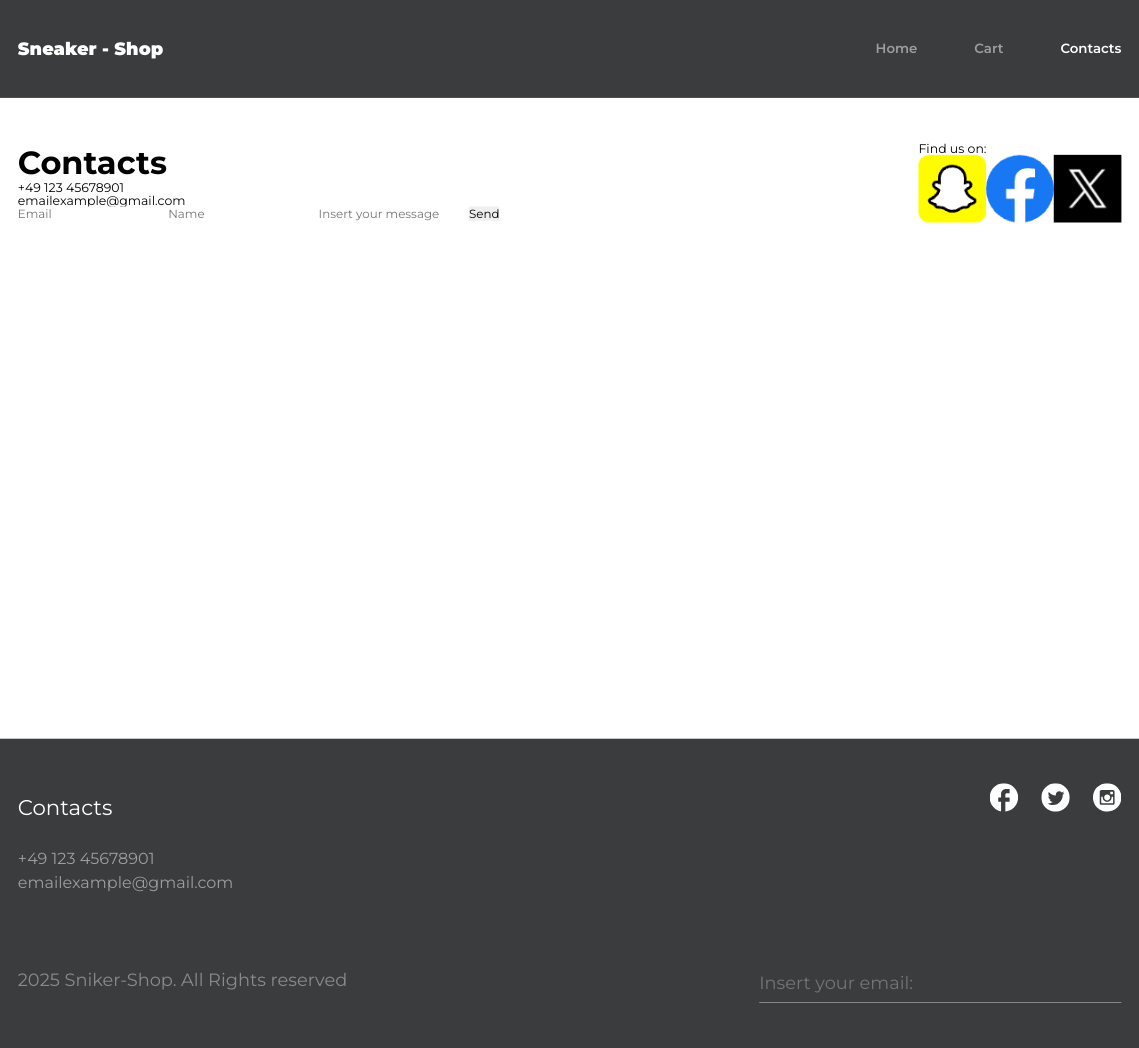
Repository: IstratiiNik/sneaker-shop
Page: /contacts
An editor plug-in stored every save of this project. The page is shown before and after a run of saves, followed by the edit.
The browser window is 1280 px wide. The pictures show the whole page, at 89% of full size.
The page's requests for data from a server got no answer. The project was rebuilt for these pictures with package versions that can differ from the ones it lists, and the page was loaded fresh each time. No one was signed in, and anything a server would have sent is missing. Also part of the build but not shown: vite.config.js, src/components/News/News.module.scss, src/components/News/News.jsx, src/components/ProductCard/ProductCard.module.scss, src/components/ProductCard/ProductCard.jsx, src/components/Main/Main.module.scss, src/components/Main/Main.jsx, src/components/CartCard/CartCard.module.scss and 3 more.

Above is the page before, as saved 2025-07-03 11:20:41.

After the next 5 saves:
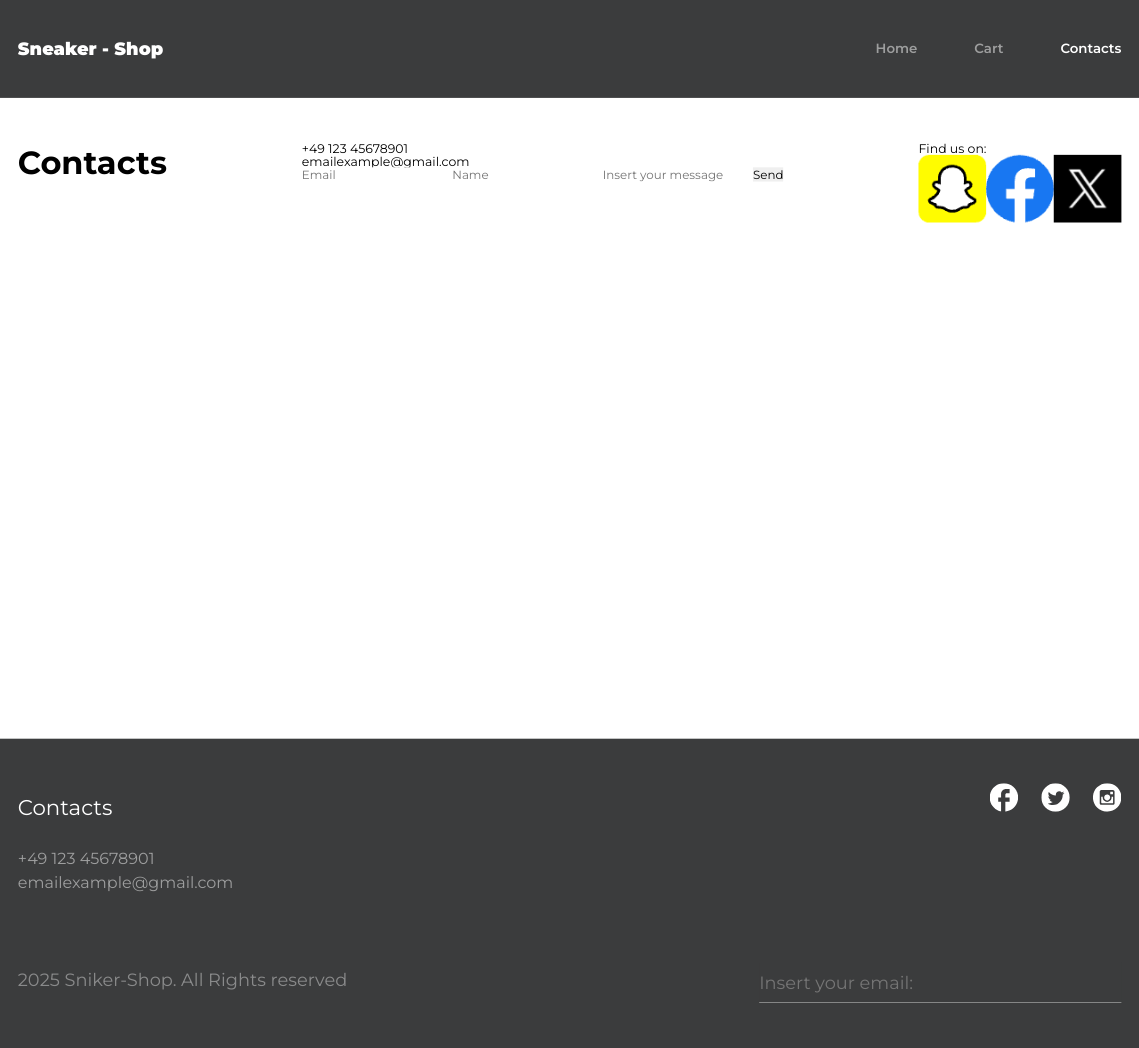
The 5 saves are shown as one change because 3 did not build or start and some came seconds apart.
The last was saved 71 s later.
--- a/src/components/Contacts/Contacts.jsx
+++ b/src/components/Contacts/Contacts.jsx
@@ -7,8 +7,8 @@ import styles from "./Contacts.module.scss";
 const Contacts = () => {
   return (
     <section className={styles.contacts}>
+      <h1>Contacts</h1>
       <div className={styles.contactForm}>
-        <h1>Contacts</h1>
         <ul>
           <li>+49 123 45678901</li>
           <li>emailexample@gmail.com</li>
--- a/src/components/Contacts/Contacts.module.scss
+++ b/src/components/Contacts/Contacts.module.scss
@@ -5,13 +5,15 @@
   min-height: 100vh;
   padding: 50px 20px;
   margin: 0 auto;
-}
-.contactForm {
+
   h1 {
     font-size: 36px;
     font-weight: 700;
     line-height: 44px;
+
   }
+}
+.contactForm {
 }
 .links {
 }
